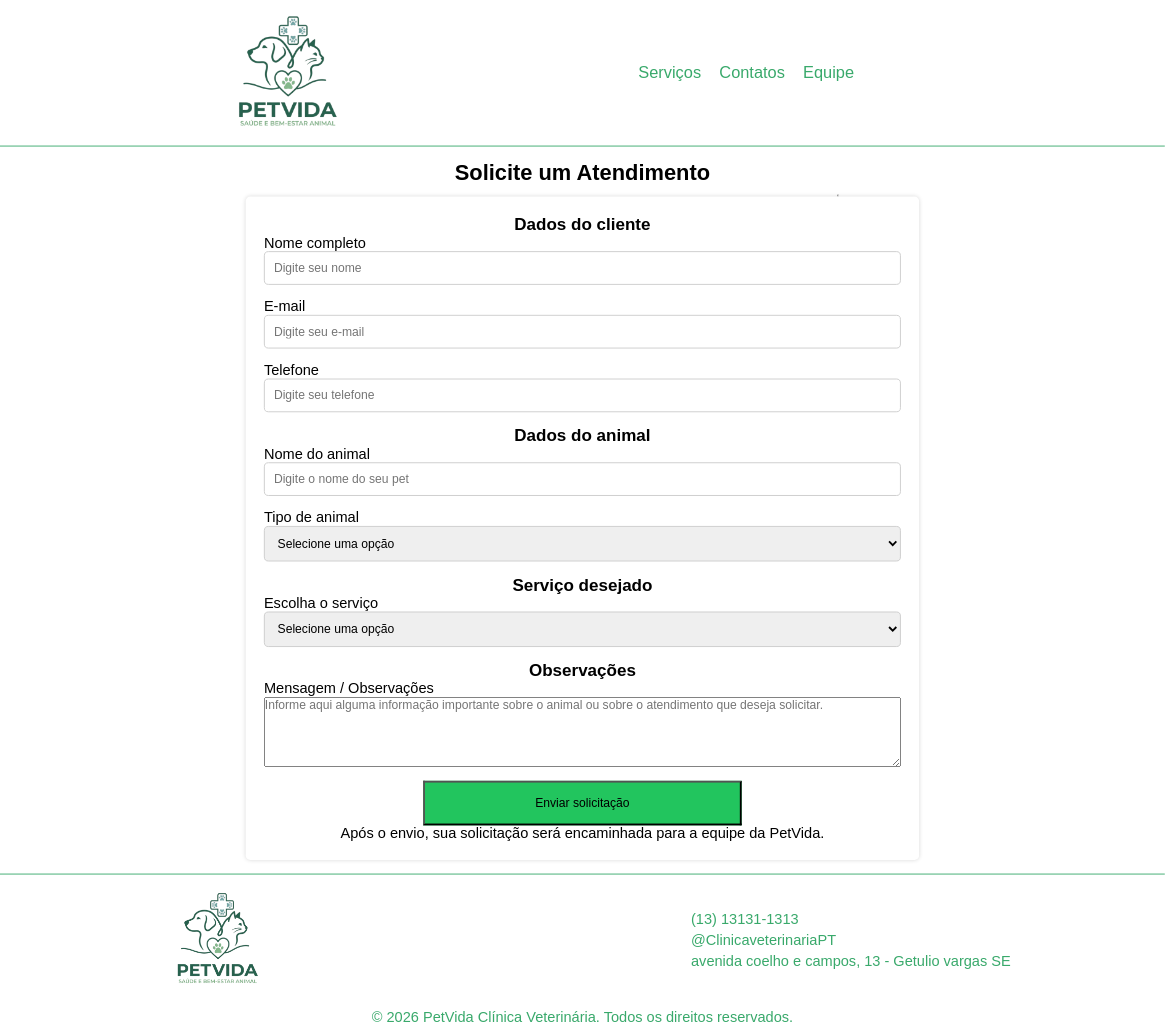
Repository: antonymsantana-design/Veterinario
Page: contatos.html
The author's editor kept a copy of each file at every save. The page is drawn from the files as they stood at one save, then again after a run of saves.
The browser window is 1280 px wide. The pictures show the whole page, at 91% of full size.

Above is the page before, as saved 2026-10-03 19:13:45.

### contatos.html
<!doctype html>
<html lang="pt-br">
  <head>
    <meta charset="UTF-8" />
    <meta name="viewport" content="width=device-width, initial-scale=1.0" />
    <title>Cebola Hair</title>
    <link rel="stylesheet" href="style.css" />
    <script src="script3.js" defer></script>
  </head>
  <header>
    <div class="conteudoH" id="conteudoH">
      <div class="imagem" id="imagem">
        <img src="image/logo.png" alt="logo" class="logoIMG" id="logoIMG" />
      </div>
      <div class="direitaH">
        <div class="links" id="links">
          <a href="serviços.html" class="aLinks" id="servA">Serviços</a>
          <a href="CONTATOS.HTML" class="aLinks" id="contatosA">Contatos</a>
          <a href="Team.html" class="aLinks" id="contatosA">Equipe</a>
        </div>
      </div>
    </div>
  </header>

  <body>
    <h2 class="Our" id="servicosT">Solicite um Atendimento</h2>
    <hr />

    <div class="context">
    <form
      action="https://formsubmit.co/antony.m.santana@aluno.senai.br"
      method="POST"
    >

      <h3>Dados do cliente</h3>

      <div class="campo">
        <label for="nome">Nome completo</label>
        <input
          type="text"
          name="nome"
          id="nome"
          placeholder="Digite seu nome"
          required
        />
      </div>

      <div class="campo">
        <label for="email">E-mail</label>
        <input
          type="email"
          name="email"
          id="email"
          placeholder="Digite seu e-mail"
          required
        />
      </div>

      <div class="campo">
        <label for="telefone">Telefone</label>
        <input
          type="tel"
          name="telefone"
          id="telefone"
          placeholder="Digite seu telefone"
          required
        />
      </div>

      <h3>Dados do animal</h3>

      <div class="campo">
        <label for="animal">Nome do animal</label>
        <input
          type="text"
          name="animal"
          id="animal"
          placeholder="Digite o nome do seu pet"
          required
        />
      </div>

      <div class="campo">
        <label for="tipo">Tipo de animal</label>

        <select name="tipo_animal" id="tipo" required>
          <option value="">Selecione uma opção</option>
          <option value="Cachorro">Cachorro</option>
          <option value="Gato">Gato</option>
          <option value="Outro">Outro</option>
        </select>
      </div>

      <h3>Serviço desejado</h3>

      <div class="campo">
        <label for="servico">Escolha o serviço</label>

        <select name="servico" id="servico" required>
          <option value="">Selecione uma opção</option>
          <option value="Consulta veterinária">Consulta veterinária</option>
          <option value="Vacinação">Vacinação</option>
          <option value="Banho e tosa">Banho e tosa</option>
          <option value="Exames laboratoriais">Exames laboratoriais</option>
          <option value="Atendimento de emergência">
            Atendimento de emergência
          </option>
          <option value="Acompanhamento veterinário">
            Acompanhamento veterinário
          </option>
        </select>
      </div>

      <h3>Observações</h3>

      <div class="campo">
        <label for="mensagem">Mensagem / Observações</label>

        <textarea
          name="mensagem"
          id="mensagem"
          rows="5"
          placeholder="Informe aqui alguma informação importante sobre o animal ou sobre o atendimento que deseja solicitar."
        ></textarea>
      </div>

      <input
        type="hidden"
        name="_next"
        value="http://127.0.0.1:5500/sucsses.html"
      />

      <button type="submit" class="buto">Enviar solicitação</button>

      <p class="texto-form">
        Após o envio, sua solicitação será encaminhada para a equipe da PetVida.
      </p>
    </form>
    </div>
  </body>
  <footer id="footer">
    <div class="cimaF">
      <div class="direita">
        <img src="image/logo.png" alt="logo" class="logoIMGF" id="logoIMG" />
      </div>

      <div class="esquerda">
        <p>(13) 13131-1313</p>
        <p>@ClinicaveterinariaPT</p>
        <p>avenida coelho e campos, 13 - Getulio vargas SE</p>
      </div>
    </div>
    <div class="baixoF">
      <p>© 2026 PetVida Clínica Veterinária. Todos os direitos reservados.</p>
    </div>
  </footer>
</html>

### style.css
* {
  padding: 0px;
  margin: 0px;
  font-family: Arial, Helvetica, sans-serif;
}

header {
  background-color: #ffffff;
  height: 160px;
  display: flex;
  justify-content: center;
  align-items: center;
  border-bottom: 1px solid #39a96b;
}

.conteudoH {
  display: flex;
  justify-content: center;
  align-items: center;
  gap: 300px;
}

.imagem {
  margin-left: 20px;
  margin-top: 5px;
  display: flex;
  justify-content: center;
  align-items: center;
  gap: 30px;
  font-weight: 600;
  font-size: 22px;
}

.logoIMG {
  width: 170px;
  margin-bottom: 10px;
  cursor: pointer;
}

.logoH {
  color: white;
}

.links {
  display: flex;
  gap: 20px;
  justify-content: center;
  padding-right: 130px;
  font-size: 18px;
}

.links a {
  text-decoration: none;
  color: #39a96b;
  transition: 0.5s ease;
}

.aLinks:hover {
  transform: translateY(-5px);
  box-shadow: 0 4px 10px rgba(0, 0, 0, 0.15);
  background-color: #39a96b;
  color: #f5f5f5;
  border-radius: 5px;
  width: 120px;
  height: 30px;
  display: flex;
  justify-content: center;
  align-items: center;
}

.btnDiv {
  display: flex;
}

.btn {
  display: flex;
  justify-content: center;
  width: 140px;
  height: 50px;
  background-color: #22c55e;
  border: none;
  color: white;
  align-items: center;
  border-radius: 8px;
  transition: 0.3s ease;
  cursor: pointer;
  font-size: 14px;
}

.btn:hover {
  transform: translateY(-5px);
  box-shadow: 0 8px 15px rgba(0, 0, 0, 0.4);
}

.direitaH {
  display: flex;
  justify-content: center;
  align-items: center;
}

.conteudo {
  background-image: url(image/Cuidando\ de\ Quem\ Amamos.png);
  background-repeat: no-repeat;
  background-size: cover;
  background-position: center;
  height: 80vh;
  color: white;
}

.card {
  background-color: #fdeec7;
  width: 270px;
  height: 220px;
  display: flex;
  flex-direction: column;
  justify-content: center;
  align-items: center;
  border-radius: 5px;
}

.cards {
  display: flex;
  justify-content: center;
  gap: 40px;
  padding-top: 20px;
  padding-bottom: 20px;
}

.card h4 {
  color: #22c55e;
}

.icone {
  width: 120px;
  height: 120px;
  padding-bottom: 10px;
}

.Our {
  padding-top: 15px;
  text-align: center;
  padding-bottom: 10px;
}

hr {
  color: #22c55e;
  text-align: center;
  margin-left: 920px;
  margin-right: 920px;
}

.agendar {
  display: flex;
  justify-content: space-around;
  align-items: center;
  padding-bottom: 20px;
}

.form {
  background-color: #ecf2f7;
  width: 600px;
  height: 300px;
  border-radius: 7px;
  display: flex;
  justify-content: center;
  flex-direction: column;
}

.formCima {
  padding-top: 20px;
  display: flex;
  justify-content: center;
  align-items: center;
  flex-direction: column;
}

.quadrado {
  display: grid;
  justify-content: center;
  grid-template-columns: repeat(2, 200px);
  gap: 30px;
  column-gap: 70px;
  margin-right: 40px;
}

.esq {
  font-size: 25px;
}

footer {
  display: flex;
  justify-content: center;
  align-items: center;
  flex-direction: column;
  background-color: #ffffff;
  color: #39a96b;
  border-top: 1px solid #39a96b;
}

.AbH2 {
  padding-left: 20px;
  padding-right: 20px;
  padding-bottom: 10px;
  padding-top: 10px;
  text-align: center;
}

.AbH3 {
  padding-left: 20px;
  padding-right: 20px;
  padding-bottom: 10px;
  padding-top: 10px;
  text-align: center;
  margin-left: 425px;
  margin-right: 425px;
}

.topc {
  display: flex;
  justify-content: center;
  align-items: center;
  flex-direction: column;
  text-align: center;
  max-width: 350px;
}

.topics {
  display: flex;
  justify-content: center;
  gap: 100px;
  padding-bottom: 25px;
}

.topcIMG {
  width: 290px;
  height: 260px;
  border-radius: 25px;
  cursor: pointer;
  padding-bottom: 10px;
  padding-top: 10px;
}

.topcH {
  padding-bottom: 10px;
}

.cimaF {
  display: flex;
  justify-content: center;
  gap: 450px;
  align-items: center;
  margin-bottom: 4px;
}

.logoIMGF {
  width: 140px;
  cursor: pointer;
}

.esquerda {
  display: flex;
  flex-direction: column;
  gap: 5px;
}

.formu {
  width: 240px;
  height: 30px;
  border-radius: 5px;
  border: none;
}

.forms {
  width: 500px;
  height: 30px;
  border-radius: 5px;
  border: none;
}

.agendarbtn {
  display: flex;
  justify-content: center;
  align-items: center;
  width: 512px;
  height: 40px;
  background-color: #22c55e;
  border: none;
  color: white;
  border-radius: 8px;
  transition: 0.3s ease;
  cursor: pointer;
  margin-top: 15px;
}

.agendarbtn:hover {
  transform: translateY(-5px);
}

.btnAgendar {
  display: flex;
  justify-content: center;
  align-items: center;
}

/*pagina de serviços*/

.primeiro {
  background-color: #f0f9f4;
  width: 300px;
  padding-bottom: 13px;
  margin-left: 20px;
  text-align: center;
  padding-top: 13px;
  flex-wrap: wrap;
  border-radius: 15px;
}

.cards {
  display: grid;
  justify-content: center;
  grid-template-columns: repeat(3, 400px);
  gap: 50px;
  padding-bottom: 15px;
}
.cards .primeiro img {
  width: 250px;
  height: 250px;
  border-radius: 15px;
}
h1 {
  text-align: center;
  margin-top: 20px;
  margin-bottom: 20px;
}
.texto {
  color: #3c2415;
}
.preco {
  color: #e4c8a4;
}

form {
  display: flex;
  flex-direction: column;
  align-items: center;
  justify-content: center;
  box-shadow: 0px 0px 5px rgba(0, 0, 0, 0.16);
  padding: 20px;
  width: 700px;
  margin: 0 auto;
  border-radius: 5px;
  margin-bottom: 15px;
}

.campo{
    display: flex;
    flex-direction: column;
    margin-bottom: 15px;
    width: 100%;
}

input, select{
    padding: 10px;
    border-radius: 5px;
    border: 1px solid #ccc;
}

.buto{
    padding: 15px;
    background-color: #22c55e;
    width: 50%;
    border
}


/* celular */

@media (max-width: 768px) {
  /* header */
  header {
    height: auto;
    padding: 10px 0;
  }

  .conteudoH {
    flex-direction: column;
    padding-right: 0;
    gap: 15px;
  }

  .imagem {
    margin-left: 0;
    margin-top: 0;
    gap: 10px;
  }

  .logoIMG {
    width: 80px;
    height: 80px;
  }

  .logoH {
    font-size: 20px;
  }

  .direitaH {
    flex-direction: column;
    gap: 15px;
  }

  .links {
    padding-right: 0;
    font-size: 16px;
  }

  .conteudo {
    height: 400px;
  }

  .texto {
    padding-left: 25px;
    padding-right: 25px;
    height: 400px;
    font-size: 25px;
  }

  .texto small {
    font-size: 14px;
  }

  .Our {
    font-size: 25px;
  }

  hr {
    margin-left: 30%;
    margin-right: 30%;
  }

  .cards {
    flex-direction: column;
    align-items: center;
    gap: 20px;
  }

  .card {
    width: 80%;
    max-width: 270px;
  }

  .agendar {
    flex-direction: column;
    gap: 30px;
    padding: 30px 20px;
  }

  .esq {
    font-size: 18px;
    text-align: center;
  }

  .esq h1 {
    font-size: 28px;
  }

  .esq p {
    font-size: 15px;
  }

  .form {
    width: 100%;
    max-width: 600px;
    height: auto;
    padding: 20px 0;
  }

  .forms {
    width: 80%;
  }

  .quadrado {
    grid-template-columns: 1fr;
    gap: 15px;
    margin-right: 0;
  }

  .formu {
    width: 80%;
  }

  .quadrado > div {
    width: 100%;
    text-align: center;
  }

  .quadrado label {
    display: block;
    margin-bottom: 5px;
  }

  .agendarbtn {
    width: 80%;
  }

  footer {
    flex-direction: column;
    gap: 20px;
    padding: 20px;
    text-align: center;
  }

  .esquerda {
    align-items: center;
  }
}

Loaded but not shown: script3.js (no stored copy; drawn as an empty file)

After the next 5 saves:
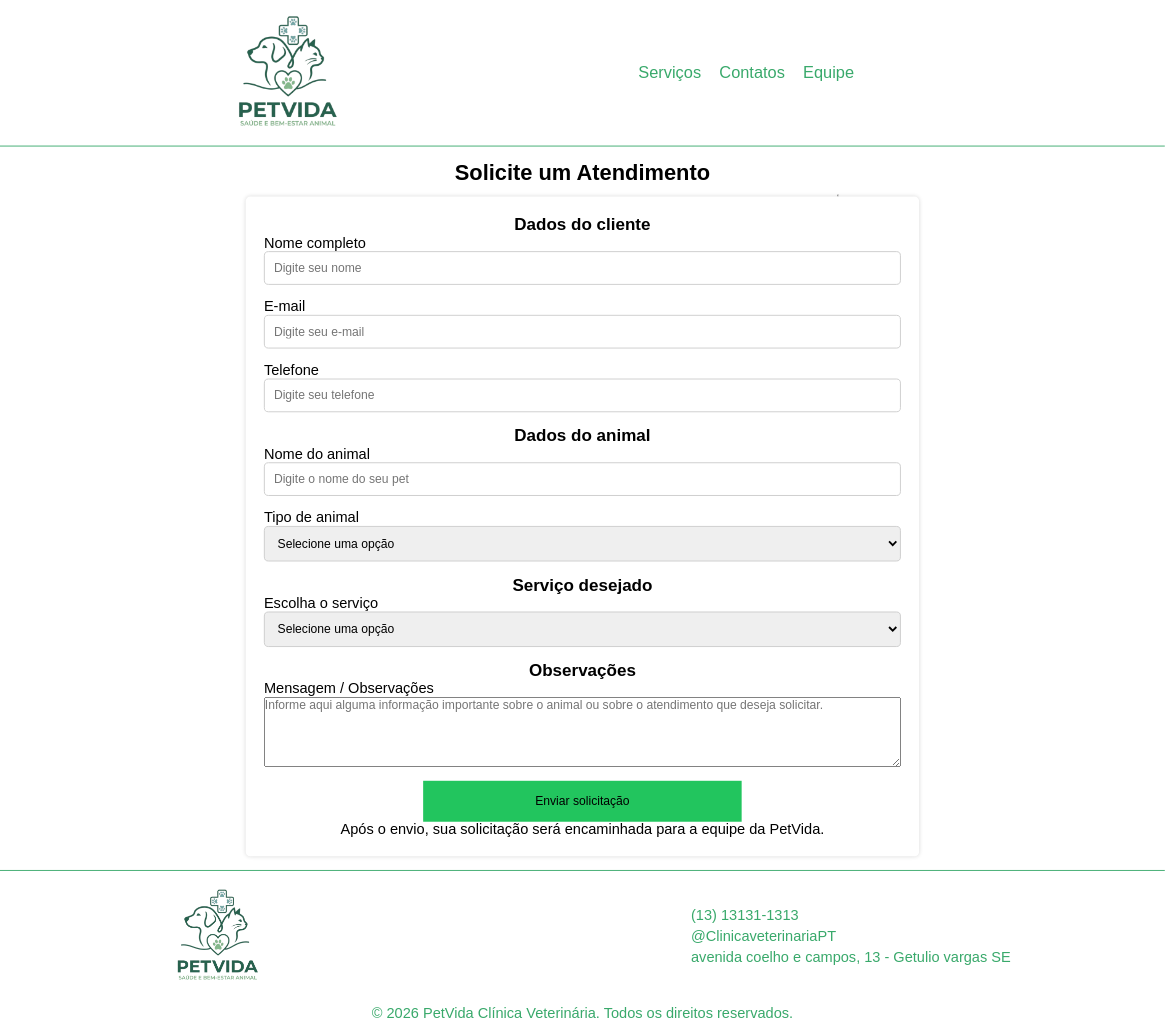
The 5 saves are shown as one change because they came seconds apart.
The last was saved 13 s later.
--- a/style.css
+++ b/style.css
@@ -369,7 +369,8 @@ input, select{
     padding: 15px;
     background-color: #22c55e;
     width: 50%;
-    border
+    border: none;
+    bo
 }
 
 
